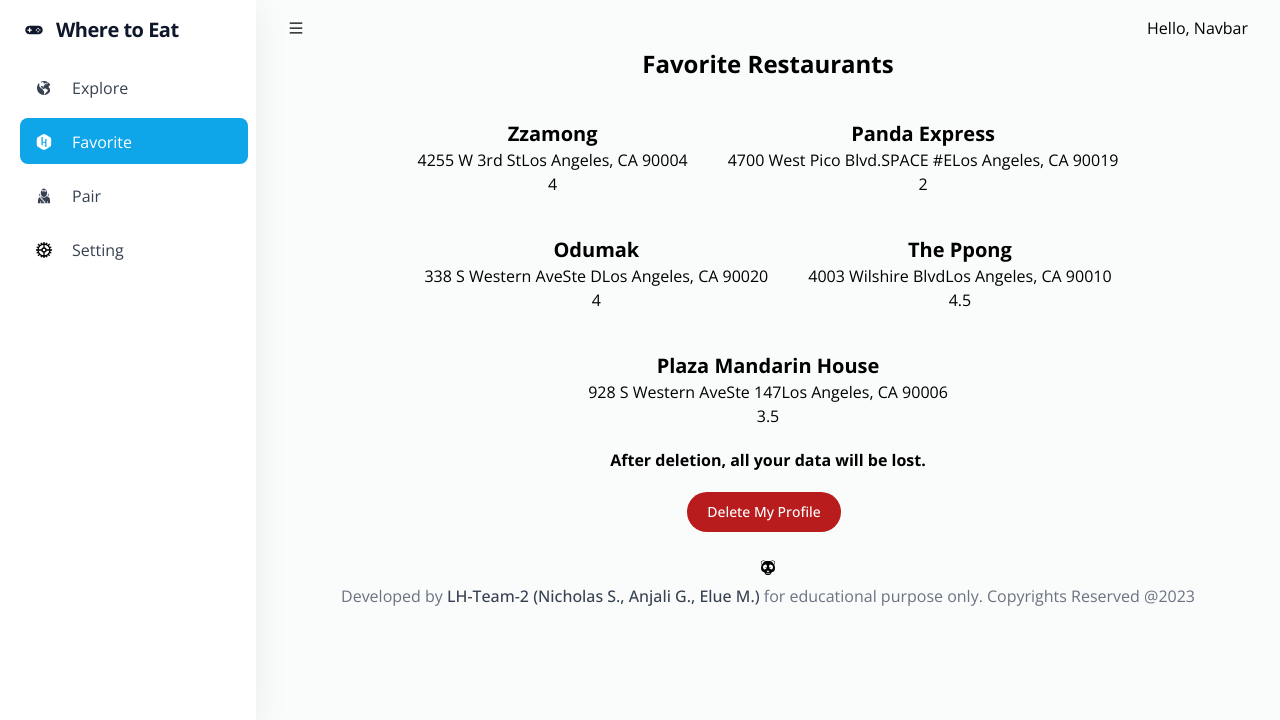
Repository: n-shen/where-to-eat
Page: /favorite (app in client/)
An editor plug-in stored every save of this project. The page is shown before and after the next save, followed by the edit.
The browser window is 1280 px wide. The pictures show the whole page.
The page's requests for data from a server got no answer. The project was rebuilt for these pictures with package versions that can differ from the ones it lists, and the page was loaded fresh each time. No one was signed in, and anything a server would have sent is missing. Also part of the build but not shown: client/src/data/cities.js, client/src/components/SearchForm.jsx, client/src/components/SearchResult.jsx, client/src/components/room.jsx, client/src/components/Room/Chat.jsx, client/src/components/Room/Selection.jsx, client/src/components/Room/Intro.jsx, client/src/components/Room/Game.jsx and 5 more.

Above is the page before, as saved 2023-05-05 19:52:58.

### client/src/index.js
import React from "react";
import ReactDOM from "react-dom/client";
import "./index.css";
import App from "./App";
import { ContextProvider } from "./contexts/ContextProvider";

const root = ReactDOM.createRoot(document.getElementById("root"));
root.render(
  <ContextProvider>
    <App />
  </ContextProvider>
);

### client/src/index.css
@import url('https://fonts.googleapis.com/css2?family=Open+Sans:wght@400;500;600;700&display=swap');

body {
  margin: 0;
  padding:0;
  font-family: "Open Sans", sans-serif;
}

@tailwind base;
@tailwind components;
@tailwind utilities;

### client/src/App.js
import React, { useEffect } from "react";
import { BrowserRouter, Routes, Route } from "react-router-dom";

import { Navbar, Sidebar, RoomPage } from "./components";
import {Favorite, Home} from "./pages";

import { useStateContext } from "./contexts/ContextProvider";
import "./App.css";

// import axios from "axios";

function App() {
  const { shared_info, activeMenu } = useStateContext();

  // const baseURL = shared_info.baseURL;

  return (
      <div>
        <BrowserRouter>
          <div className="flex relative dark:bg-main-dark-bg">
            {activeMenu ? (
                <div className="w-64 fixed sidebar dark:bg-secondary-dark-bg bg-white">
                  <Sidebar />
                </div>
            ) : (
                <div className="w-0 dark:bg-secondary-dark-bg">
                  <Sidebar />
                </div>
            )}

            <div
                className={`dark:bg-main-bg bg-main-bg min-h-screen w-full ${
                    activeMenu ? "md:ml-64" : " flex-2"
                }`}
            >
              <div className="fixed md:static bg-main-bg dark:bg-main-dark-bg navbar w-full">
                <Navbar />
              </div>

              <div>
                <Routes>
                  <Route path="/" element={<Home />}></Route>
                  <Route path="/favorite" element={<Favorite />}></Route>
                  <Route path="/room" element={<RoomPage />}></Route>
                </Routes>
              </div>
            </div>
          </div>
        </BrowserRouter>
      </div>
  );
}

export default App;

### client/src/contexts/ContextProvider.jsx
import React, { createContext, useContext, useState } from "react";
import { io } from "socket.io-client";

const StateContext = createContext();

const shared_info = {
  serverURL: "http://localhost:8080",
  apiURL: "http://localhost:8080/api/v1",
};

const socket = io(shared_info.serverURL);

export const ContextProvider = ({ children }) => {
  const [screenSize, setScreenSize] = useState(undefined);
  const [activeMenu, setActiveMenu] = useState(true);
  const [userProfile, setUserProfile] = useState(undefined);
  const [gameBegin, setGameBegin] = useState(false);
  const [gameIntroBegin, setGameIntroBegin] = useState(false);
  const [selectionBegin, setSelectionBegin] = useState(false);
  const [waiting, setWaiting] = useState(false);
  const [partnerReady, setPartnerReady] = useState(false);
  const [partnerAction, setPartnerAction] = useState("");
  const [displayCross, setDisplayCross] = useState(false);
  const [displayFinal, setDisplayFinal] = useState("");

  const [localStore, setLocalStore] = useState(null);

  const [queryResults, setQueryResults] = useState(null);

  return (
    <StateContext.Provider
      value={{
        socket,
        shared_info,
        userProfile,
        setUserProfile,
        activeMenu,
        setActiveMenu,
        screenSize,
        setScreenSize,
        selectionBegin,
        setSelectionBegin,
        waiting,
        setWaiting,
        gameIntroBegin,
        setGameIntroBegin,
        gameBegin,
        setGameBegin,
        partnerReady,
        setPartnerReady,
        partnerAction,
        setPartnerAction,
        displayCross,
        setDisplayCross,
        displayFinal,
        setDisplayFinal,
        queryResults,
        setQueryResults,
        localStore,
        setLocalStore,
      }}
    >
      {children}
    </StateContext.Provider>
  );
};

export const useStateContext = () => useContext(StateContext);

### client/src/components/index.js
export { default as Navbar } from "./Navbar";
export { default as Sidebar } from "./Sidebar";
export { default as Footer } from "./Footer";
export { default as SearchForm } from "./SearchForm";
export { default as SearchResult } from "./SearchResult";
export { default as RoomPage } from "./room";
export { default as Room } from "./Room/Room";

### client/src/pages/index.jsx
export { default as Home } from "./Home";
export { default as Favorite } from "./Favorite";

### client/src/App.css
.sidebar {
  box-shadow: rgb(113 122 131 / 11%) 0px 7px 30px 0px;
}
.nav-item,
.navbar {
  z-index: 10000;
}
@media  screen and (max-width:800px) {
  .sidebar{
    z-index: 10000000;
  }
}

.e-dlg-center-center, .e-quick-popup-wrapper.e-device{
  z-index: 1000000 !important;
}

::-webkit-scrollbar {
  width: 6px;
}
::-webkit-scrollbar-thumb {
  background-color: rgb(216, 216, 216);
  border-radius: 40px;
}
::-webkit-scrollbar-track {
  background-color: transparent;
}

/* color-picker style  */

#preview {
  background: transparent
  url('https://ej2.syncfusion.com/react/demos/src/color-picker/images/pen.png')
  no-repeat;
  display: inline-block;
  height: 80px;
  margin: 10px 0;
  min-width: 300px;
  max-width: 600px;
  background-color: #008000;
}

.e-input-group:not(.e-float-icon-left), .e-input-group.e-success:not(.e-float-icon-left), .e-input-group.e-warning:not(.e-float-icon-left), .e-input-group.e-error:not(.e-float-icon-left), .e-input-group.e-control-wrapper:not(.e-float-icon-left), .e-input-group.e-control-wrapper.e-success:not(.e-float-icon-left), .e-input-group.e-control-wrapper.e-warning:not(.e-float-icon-left), .e-input-group.e-control-wrapper.e-error:not(.e-float-icon-left){
  border: none;
}

### client/src/components/Navbar.jsx
import React, { useEffect } from "react";
import { useStateContext } from "../contexts/ContextProvider";
import { AiOutlineMenu } from "react-icons/ai";

const Navbar = () => {
    const { activeMenu, setActiveMenu, setScreenSize, screenSize, userProfile } =
        useStateContext();

    useEffect(() => {
        const handleResize = () => setScreenSize(window.innerWidth);

        window.addEventListener("resize", handleResize);

        handleResize();

        return () => window.removeEventListener("resize", handleResize);
    }, [setScreenSize]);

    useEffect(() => {
        if (screenSize <= 900) {
            setActiveMenu(false);
        } else {
            setActiveMenu(true);
        }
    }, [screenSize, setScreenSize, setActiveMenu]);

    const handleActiveMenu = () => setActiveMenu(!activeMenu);

    return (
        <div className="mt-2 flex justify-between p-2 md:ml-6 md:mr-6 relative">
            <button onClick={handleActiveMenu}>
                <AiOutlineMenu />
            </button>
            <div>
                <p className={screenSize >= 900 ? "" : "text-xs"}>Hello, Navbar</p>
                {userProfile && (
                    <div className="flex items-center gap-2 p-1 rounded-lg text-right">
                        <p className={screenSize >= 900 ? "" : "text-xs"}>
                            <span className="text-gray-400 text-14">Hi,</span>{" "}
                            <span className="text-gray-400 font-bold ml-1 text-14">
                {userProfile["name"]}
              </span>{" "}
                            <span className="text-gray-400 text-14">from</span>
                            <span className="text-gray-400 font-bold ml-1 text-14">
                {userProfile["city"]}
              </span>{" "}
                        </p>
                    </div>
                )}
            </div>
        </div>
    );
};

export default Navbar;

### client/src/components/Sidebar.jsx
import React from "react";
import { Link, NavLink } from "react-router-dom";
import { GiEarthAmerica, GiFrankensteinCreature } from "react-icons/gi";
import { GrSettingsOption } from "react-icons/gr";
import { IoLogoGameControllerA } from "react-icons/io";
import { FaHackerrank } from "react-icons/fa";
import { MdOutlineCancel } from "react-icons/md";
import { useStateContext } from "../contexts/ContextProvider";

const Sidebar = () => {
    const { activeMenu, setActiveMenu, screenSize } = useStateContext();

    const handleCloseSideBar = () => {
        if (activeMenu !== undefined && screenSize <= 900) {
            setActiveMenu(false);
        }
    };

    const activeLink =
        "flex items-center gap-5 pl-4 pt-3 pb-2.5 rounded-lg text-white text-md m-2 bg-sky-500/100";
    const normalLink =
        "flex items-center gap-5 pl-4 pt-3 pb-2.5 rounded-lg text-md text-gray-700 dark:text-gray-200 dark:hover:text-black hover:bg-light-gray m-2";

    return (
        <div className="ml-3 h-screen md:overflow-hidden overflow-auto md:hover:overflow-auto pb-10">
            {activeMenu && (
                <>
                    <div className="flex justify-between items-center">
                        <Link
                            to="/"
                            onClick={handleCloseSideBar}
                            className="items-center gap-3 ml-3 mt-4 flex text-xl font-extrabold tracking-tight dart:text-white text-slate-900"
                        >
                            <IoLogoGameControllerA />
                            <span>Where to Eat</span>
                        </Link>

                        <div>
                            <button
                                type="button"
                                onClick={() => setActiveMenu(!activeMenu)}
                                className="text-xl rounded-full p-3 hover:bg-light-gray mt-4 block md:hidden"
                            >
                                <MdOutlineCancel />
                            </button>
                        </div>
                    </div>
                    <div className="mt-5">
                        <NavLink
                            to="/"
                            key="Home"
                            onClick={handleCloseSideBar}
                            className={({ isActive }) => (isActive ? activeLink : normalLink)}
                        >
                            <GiEarthAmerica />
                            <span>Explore</span>
                        </NavLink>

                        <NavLink
                            to="/favorite"
                            key="Favorite"
                            onClick={handleCloseSideBar}
                            className={({ isActive }) => (isActive ? activeLink : normalLink)}
                        >
                            <FaHackerrank />
                            <span>Favorite</span>
                        </NavLink>

                        <NavLink
                            to="/room"
                            key="RoomPage"
                            onClick={handleCloseSideBar}
                            className={({ isActive }) => (isActive ? activeLink : normalLink)}
                        >
                            <GiFrankensteinCreature />
                            <span>Pair</span>
                        </NavLink>

                        <NavLink
                            to="/setting"
                            key="Setting"
                            onClick={handleCloseSideBar}
                            className={({ isActive }) => (isActive ? activeLink : normalLink)}
                        >
                            <GrSettingsOption />
                            <span>Setting</span>
                        </NavLink>
                    </div>
                </>
            )}
        </div>
    );
};

export default Sidebar;

### client/src/components/Footer.jsx
import React from "react";
import { GiPanda } from "react-icons/gi";

const Footer = () => {
    return (
        <div className="mt-5 mb-5 ">
            <div className="flex justify-center mb-2">
                <GiPanda />
            </div>

            <p className="text-center text-gray-500 dark:text-gray-400">
                Developed by{" "}
                <span className="font-medium text-gray-700 dark:text-blue-500 hover:no-underline">
          LH-Team-2 (Nicholas S., Anjali G., Elue M.)
        </span>{" "}
                for educational purpose only. Copyrights Reserved @2023
            </p>
        </div>
    );
};

export default Footer;

### client/src/pages/Favorite.jsx
import React, { useState } from "react";
import { useStateContext } from "../contexts/ContextProvider";
import { Footer } from "../components";
import axios from "axios";

export const restaurants = [
  {
    id: 1,
    name: "Zzamong",
    image:
      "https://s3-media2.fl.yelpcdn.com/bphoto/6AUVIwPCv8wCZ9FYeCfocw/o.jpg",
    address: ["4255 W 3rd St", "Los Angeles, CA 90004"],
    rating: "4",
  },
  {
    id: 2,
    name: "Panda Express",
    image:
      "https://s3-media4.fl.yelpcdn.com/bphoto/44dT6JEXkhMrtUcps1a5jw/o.jpg",
    address: ["4700 West Pico Blvd.", "SPACE #E", "Los Angeles, CA 90019"],
    rating: "2",
  },
  {
    id: 3,
    name: "Odumak",
    image:
      "https://s3-media1.fl.yelpcdn.com/bphoto/hKaezVO6_0F50RXmfH7WBQ/o.jpg",
    address: ["338 S Western Ave", "Ste D", "Los Angeles, CA 90020"],
    rating: "4",
  },
  {
    id: 4,
    name: "The Ppong",
    image:
      "https://s3-media3.fl.yelpcdn.com/bphoto/Li5i5N_Y7VwLTsJvLA2pKw/o.jpg",
    address: ["4003 Wilshire Blvd", "Los Angeles, CA 90010"],
    rating: "4.5",
  },
  {
    id: 5,
    name: "Plaza Mandarin House",
    image:
      "https://s3-media1.fl.yelpcdn.com/bphoto/1nVrf8ItPD0dF_97JGQEzw/o.jpg",
    address: ["928 S Western Ave", "Ste 147", "Los Angeles, CA 90006"],
    rating: "3.5",
  },
];

const Favorite = () => {
  const { shared_info, screenSize, userProfile } = useStateContext();
  const baseURL = shared_info.baseURL;

  return (
    <div className={screenSize >= 900 ? "mt-0" : "mt-16"}>
      <h1 className="text-center font-bold text-2xl mb-5">
        Favorite Restaurants
      </h1>
      <FavoriteList />
      <h2 className="text-center font-bold">
        After deletion, all your data will be lost.
      </h2>
      <div className="flex justify-center">
        <button
          type="button"
          className="mt-5 text-white bg-red-700 hover:bg-red-800 focus:outline-none focus:ring-4 focus:ring-red-300 font-medium rounded-full text-sm px-5 py-2.5 text-center mr-2 mb-2 dark:bg-red-600 dark:hover:bg-red-700 dark:focus:ring-red-900"
        >
          Delete My Profile
        </button>
      </div>

      <Footer />
    </div>
  );
};

export default Favorite;

export const FavoriteList = () => {
  return (
    <div className="flex flex-col items-center justify-center">
      <ul className="flex flex-wrap justify-center">
        {restaurants.map((restaurant, index) => (
          <li
            key={index}
            className="flex flex-col items-center justify-center m-5"
          >
            <h2
              htmlFor={restaurant.name}
              className="text-xl font-bold text-center"
            >
              {restaurant.name}
            </h2>
            <p>{restaurant.address}</p>
            <p>{restaurant.rating}</p>
          </li>
        ))}
      </ul>
    </div>
  );
};

### client/tailwind.config.js
/** @type {import('tailwindcss').Config} */
module.exports = {
    content: ["./src/**/*.{js,jsx,ts,tsx}"],
    darkMode: "class",
    theme: {
        fontFamily: {
            display: ["Open Sans", "sans-serif"],
            body: ["Open Sans", "sans-serif"],
        },
        extend: {
            fontSize: {
                14: "14px",
            },
            backgroundColor: {
                "main-bg": "#FAFBFB",
                "main-dark-bg": "#20232A",
                "secondary-dark-bg": "#33373E",
                "light-gray": "#F7F7F7",
                "half-transparent": "rgba(0, 0, 0, 0.5)",
            },
            borderWidth: {
                1: "1px",
            },
            borderColor: {
                color: "rgba(0, 0, 0, 0.1)",
            },
            width: {
                400: "400px",
                760: "760px",
                780: "780px",
                800: "800px",
                1000: "1000px",
                1200: "1200px",
                1400: "1400px",
            },
            height: {
                80: "80px",
            },
            minHeight: {
                590: "590px",
            },
        },
    },
    plugins: [],
};

Loaded but not shown: client/public/index.html (common file)

After the next save:
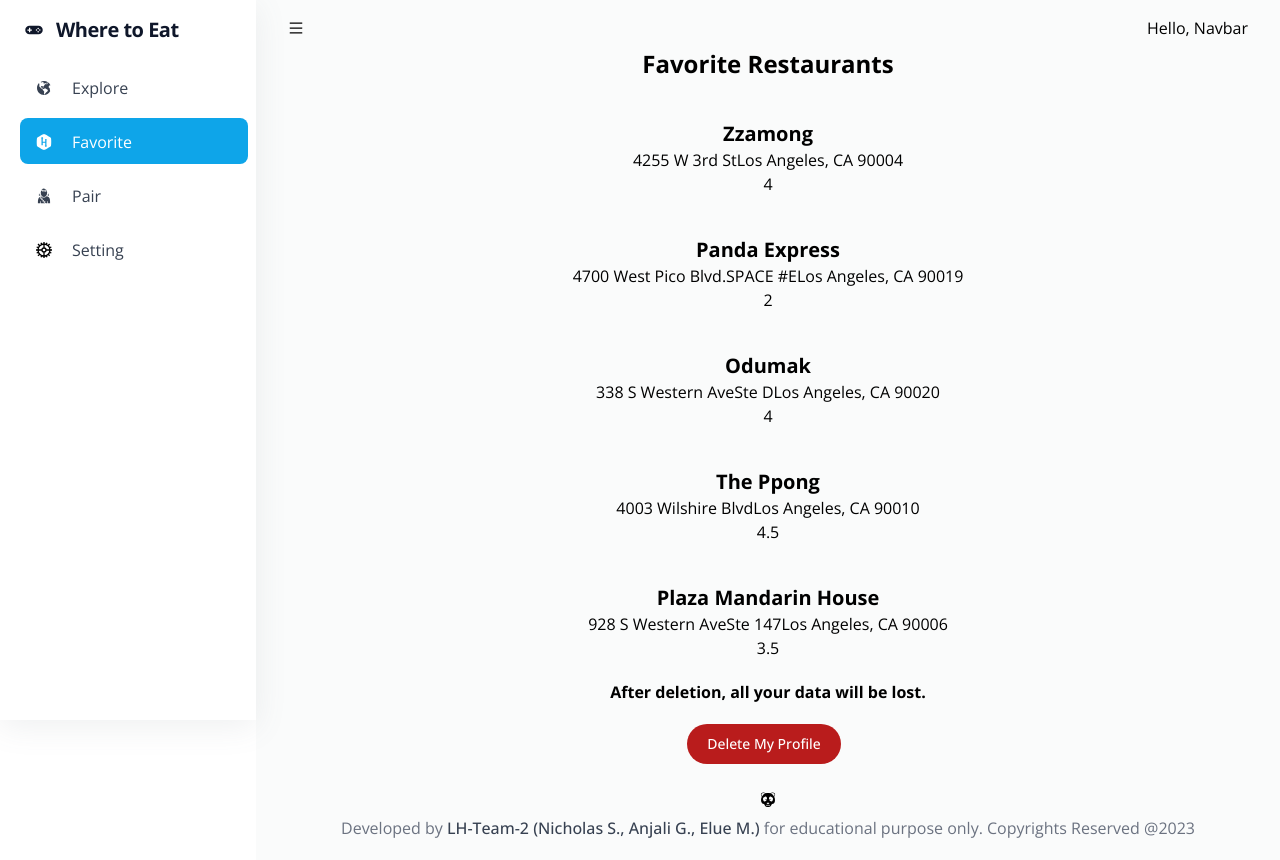
Saved 44 s later.
--- a/client/src/pages/Favorite.jsx
+++ b/client/src/pages/Favorite.jsx
@@ -77,8 +77,8 @@
 
 export const FavoriteList = () => {
   return (
-    <div className="flex flex-col items-center justify-center">
-      <ul className="flex flex-wrap justify-center">
+    // <div className="flex flex-col items-center justify-center">
+      <ul className="flex flex-col items-center justify-center">
         {restaurants.map((restaurant, index) => (
           <li
             key={index}
@@ -95,6 +95,6 @@
           </li>
         ))}
       </ul>
-    </div>
+    // </div>
   );
 };
